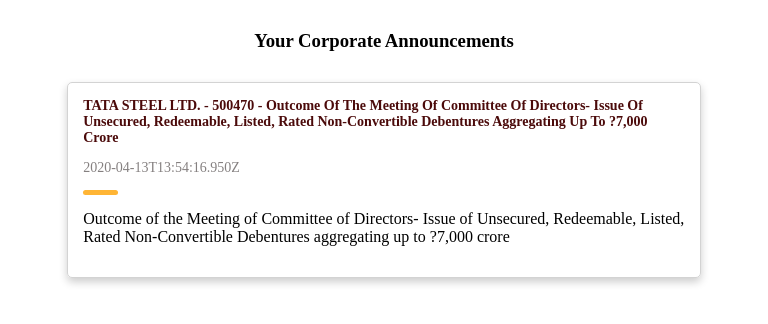
Repository: bhumikagohil/announcements
Page: card1.html
The author's editor kept a copy of each file at every save. The page is drawn from the files as they stood at one save, then again after the next save.
The browser window is 768 px wide. The pictures show the whole page.
The page's requests for data from a server got no answer.

Above is the page before, as saved 2021-05-10 13:40:40.

### card1.html
<!DOCTYPE html>
<html>

<head>
    <meta name="viewport" content="width=device-width, initial-scale=1">
    <link rel="stylesheet" type="text/css" href="card1.css" />
</head>

<body>

    <div class="header-container">
        <h3 class="heading">Your Corporate Announcements</h3>
    </div>

    <div class="cards-container">
        <div class="card">
            <h5 class="title"> TATA STEEL LTD. - 500470 - Outcome Of The Meeting Of Committee Of Directors- Issue Of
                Unsecured, Redeemable, Listed, Rated
                Non-Convertible Debentures Aggregating Up To ?7,000 Crore</h5>
            <p class="time">2020-04-13T13:54:16.950Z</p>
            <hr />
            <p class="summary">
                Outcome of the Meeting of Committee of Directors- Issue of Unsecured, Redeemable, Listed, Rated
                Non-Convertible Debentures aggregating up to ?7,000 crore
            </p>
        </div>
    </div>


</body>
<script>

    const endpoint = "https://picsum.photos/v2/list";

    fetch(endpoint)
        .then(function (response) {
            return response.json();
        })
        .then(function (data) {
            const newCard = data.map(item => {
                return `
                <div class="card" id=${item.news_id}>
                    <h5 class="title">
                        ${item.author}
                    </h5>
                    <p class="time">
                        ${item.width}
                    </p>
                    <hr/>
                    <p class="summary">
                        ${item.url}
                    </p>
                </div>
                `
            })

            // document.querySelector(".cards-container").insertAdjacentHTML("afterbegin", newCard);
        })
        .catch(function (err) {
            console.log('error: ' + err);
        });

</script>


</html>

### card1.css
/* Header */
.header-container {
  width: 80%;
  margin: 30px auto;
}

.heading {
  text-align: center;
}

/* Card */
.cards-container {
  width: 100%;
}

.card {
  padding: 15px;
  box-shadow: 0 4px 8px 0 rgb(0 0 0 / 20%);
  width: 80%;
  border: 1px solid #d3d3d3;
  border-radius: 5px;
  margin: auto;
  margin-bottom: 10px;
}

.title {
  font-weight: bolder;
  font-size: 22px;
  margin-block: 0;
  color: #4b0a0a;
}

hr {
  content: "";
  height: 5px;
  background: #ffb535;
  width: 35px;
  border-radius: 3px;
  margin-left: 0;
  border: none;
}

.time {
  font-size: 14px;
  color: #858080;
}

.summary {
  overflow-x: auto;
  margin-top: 15px;
}

@media only screen and (max-width: 768px) {
  .title {
    font-size: 14px;
  }
}

After the next save:
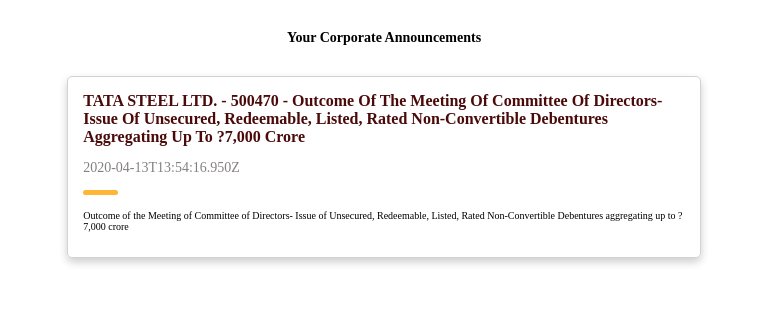
Saved 39 s later.
--- a/card1.css
+++ b/card1.css
@@ -51,7 +51,13 @@
 }
 
 @media only screen and (max-width: 768px) {
-  .title {
+  .heading {
     font-size: 14px;
   }
+  .title {
+    font-size: 16px;
+  }
+  .summary {
+    font-size: 10px;
+  }
 }
